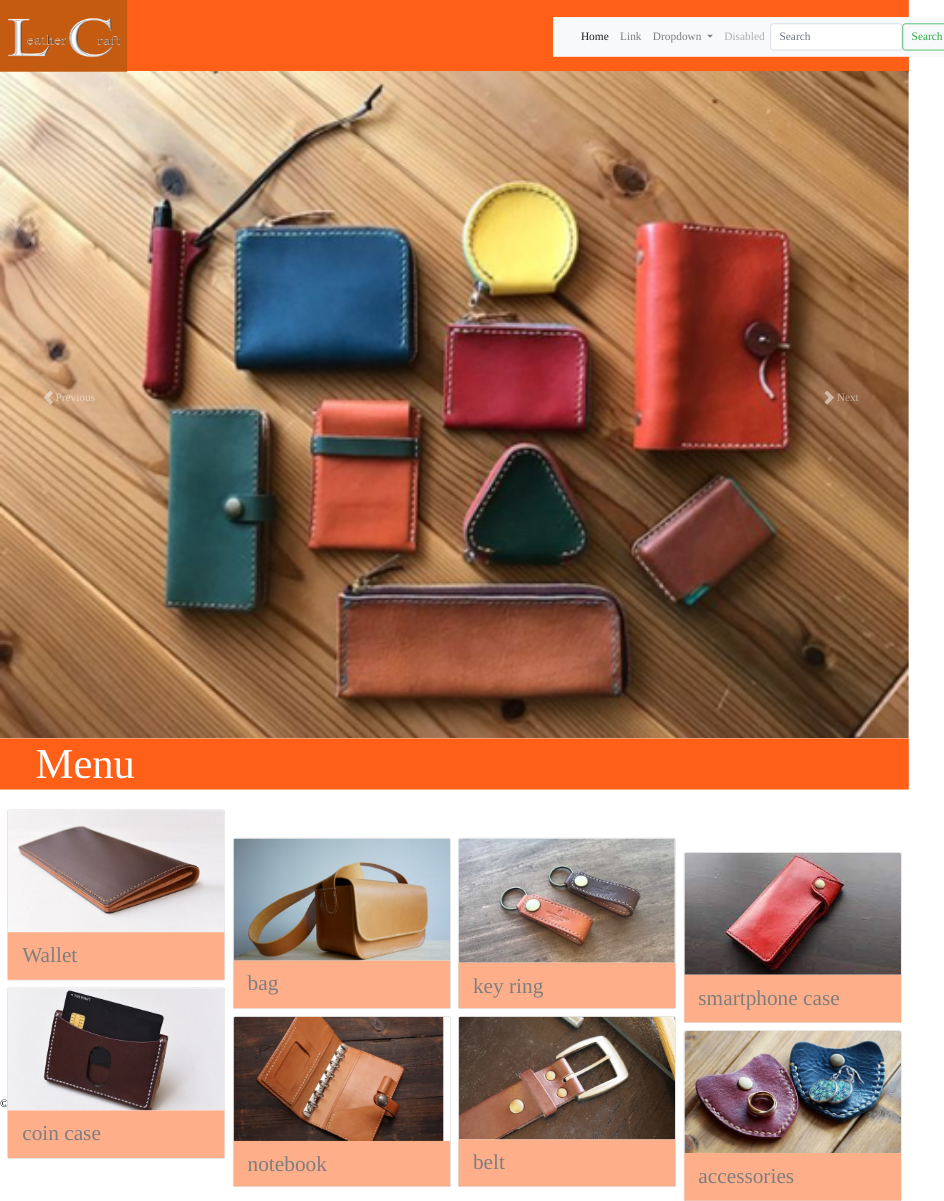
Repository: Ossan-gon/leatercraft
Page: index/indexx.html
The author's editor kept a record of every edit. The page is drawn from the files as they stood at one moment, then again after the next edit.
The browser window is 1280 px wide. The page is 1330 px wide, so the pictures cover 1330 px, including what lies to the right of the window. The pictures show the whole page, at 71% of full size.
Some web libraries are served in a nearby version.

Above is the page before.

After the next edit:
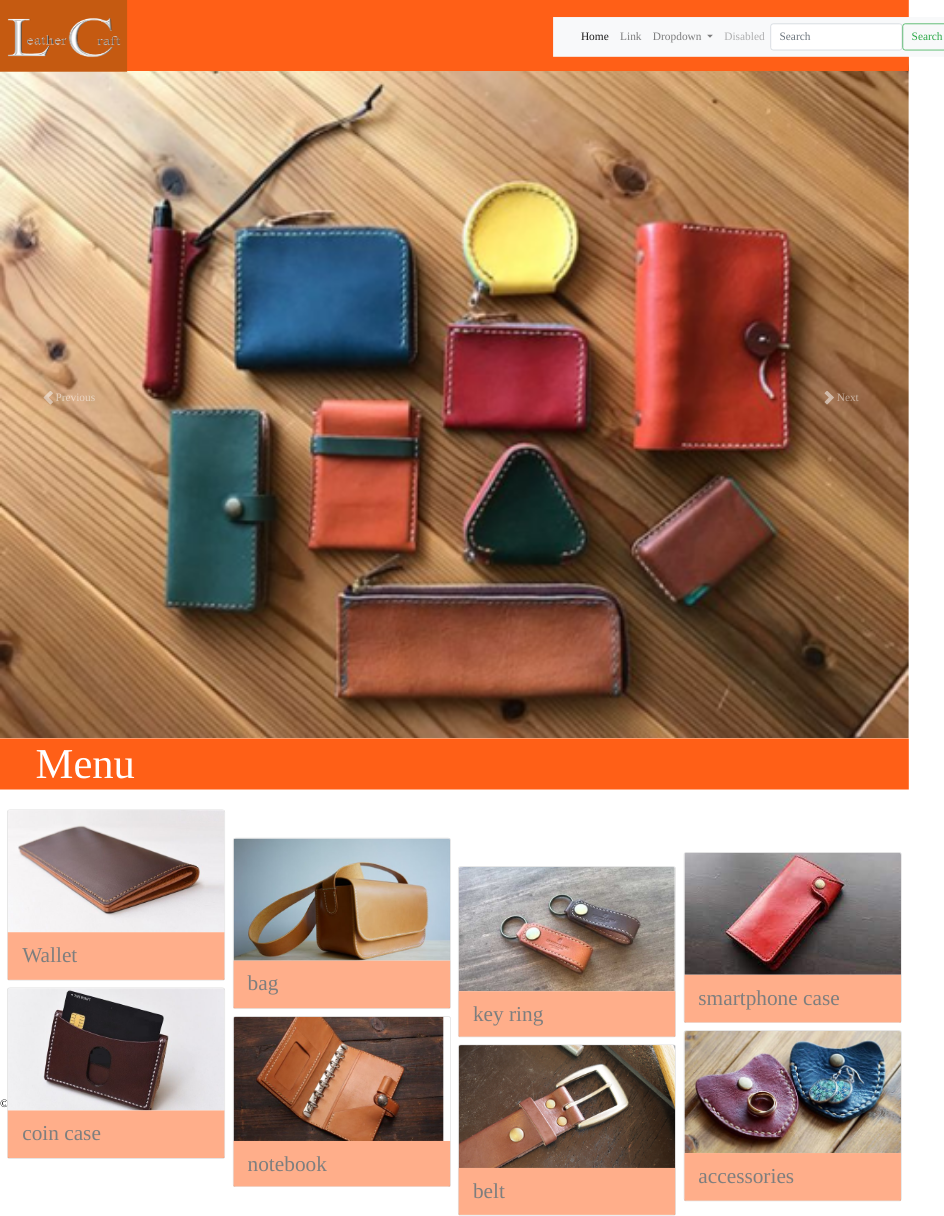
The edit:
--- a/stylesheet/style.css
+++ b/stylesheet/style.css
@@ -77,7 +77,7 @@
 }
 
 .card:nth-child(3), .card:nth-child(7) {
-    top              : 40px;
+    top              : 80px;
 }
 
 .card:nth-child(4), .card:nth-child(8) {
